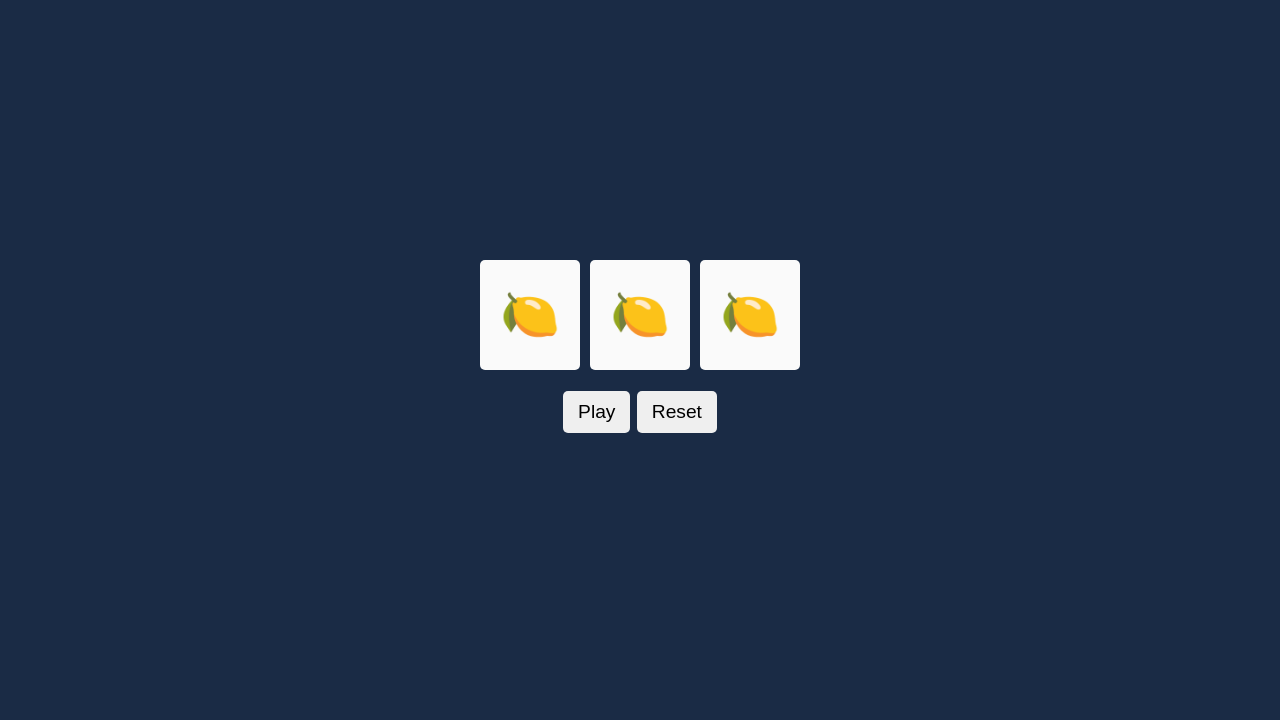
Repository: HERBOD7/slotmachine
Page: /
These files come from the project's save history. The page is drawn as it stood at one moment and after the next save; the edit follows.
The browser window is 1280 px wide. The pictures show the whole page.
The project was rebuilt for these pictures with package versions that can differ from the ones it lists, and the page was loaded fresh each time. Also part of the build but not shown: vue.config.js.

Above is the page before, as saved 2023-07-21 17:44:45.

After the next save:
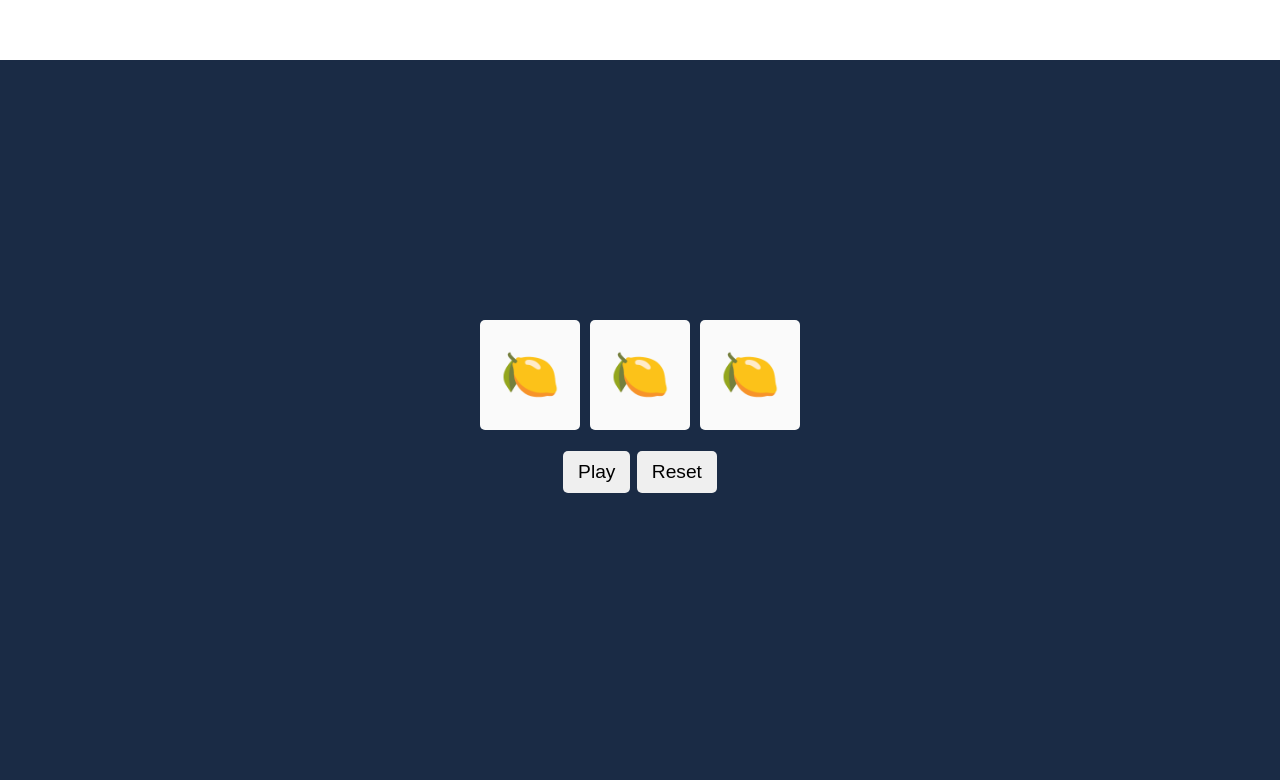
Saved 24 s later.
--- a/src/App.vue
+++ b/src/App.vue
@@ -42,57 +42,56 @@
     this.init();
   },
   methods: {
-    init(groups = 1, duration = 1) {
+    init(firstInit = true, groups = 1, duration = 1) {
       const doors = document.querySelectorAll(".door");
       for (const door of doors) {
         const boxes = door.querySelector(".boxes");
         const boxesClone = boxes.cloneNode(false);
-        // const pool = ["❓"];
-        const pool = [];
-
-        // if (!firstInit) {
-        const arr = [];
-        for (let n = 0; n < (groups > 0 ? groups : 1); n++) {
-          arr.push(...this.symbols);
+        const pool = ["❓"];
+
+        if (!firstInit) {
+          const arr = [];
+          for (let n = 0; n < (groups > 0 ? groups : 1); n++) {
+            arr.push(...this.symbols);
+          }
+          pool.push(...this.shuffle(arr));
+
+          // boxesClone.addEventListener(
+          //   "transitionstart",
+          //   function () {
+          //     door.dataset.spinned = "1";
+          //     this.querySelectorAll(".box").forEach((box) => {
+          //       box.style.filter = "blur(1px)";
+          //     });
+          //   },
+          //   { once: true }
+          // );
+
+          // boxesClone.addEventListener(
+          //   "transitionend",
+          //   function () {
+          //     this.querySelectorAll(".box").forEach((box) => {
+          //       box.style.filter = "blur(0)";
+          //       // if (index > 0) this.removeChild(box);
+          //     });
+          //   },
+          //   { once: true }
+          // );
         }
-        pool.push(...this.shuffle(arr));
-
-        boxesClone.addEventListener(
-          "transitionstart",
-          function () {
-            door.dataset.spinned = "1";
-            this.querySelectorAll(".box").forEach((box) => {
-              box.style.filter = "blur(1px)";
-            });
-          },
-          { once: true }
-        );
-
-        boxesClone.addEventListener(
-          "transitionend",
-          function () {
-            this.querySelectorAll(".box").forEach((box) => {
-              box.style.filter = "blur(0)";
-              // if (index > 0) this.removeChild(box);
-            });
-          },
-          { once: true }
-        );
-        // }
-
-        // for (let i = pool.length - 1; i >= 0; i--) {
-        //   const box = document.createElement("div");
-        //   box.classList.add("box");
-        //   box.style.width = door.clientWidth + "px";
-        //   box.style.height = door.clientHeight + "px";
-        //   box.textContent = pool[i];
-        //   boxesClone.appendChild(box);
-        // }
+
+        for (let i = pool.length - 1; i >= 0; i--) {
+          const box = document.createElement("div");
+          box.classList.add("box");
+          box.style.width = door.clientWidth + "px";
+          box.style.height = door.clientHeight + "px";
+          box.textContent = pool[i];
+          boxesClone.appendChild(box);
+        }
         boxesClone.style.transitionDuration = `${duration > 0 ? duration : 1}s`;
         boxesClone.style.transform = `translateY(-${
           door.clientHeight * (pool.length - 1)
         }px)`;
-        // door.replaceChild(boxesClone, boxes);
+        door.replaceChild(boxesClone, boxes);
       }
     },
     enterTransition() {
@@ -126,6 +125,15 @@
 </script>
 
 <style>
+#app {
+  font-family: Avenir, Helvetica, Arial, sans-serif;
+  -webkit-font-smoothing: antialiased;
+  -moz-osx-font-smoothing: grayscale;
+  text-align: center;
+  color: #2c3e50;
+  margin-top: 60px;
+}
+
 body {
   width: 100vw;
   height: 100vh;

After the save that followed:
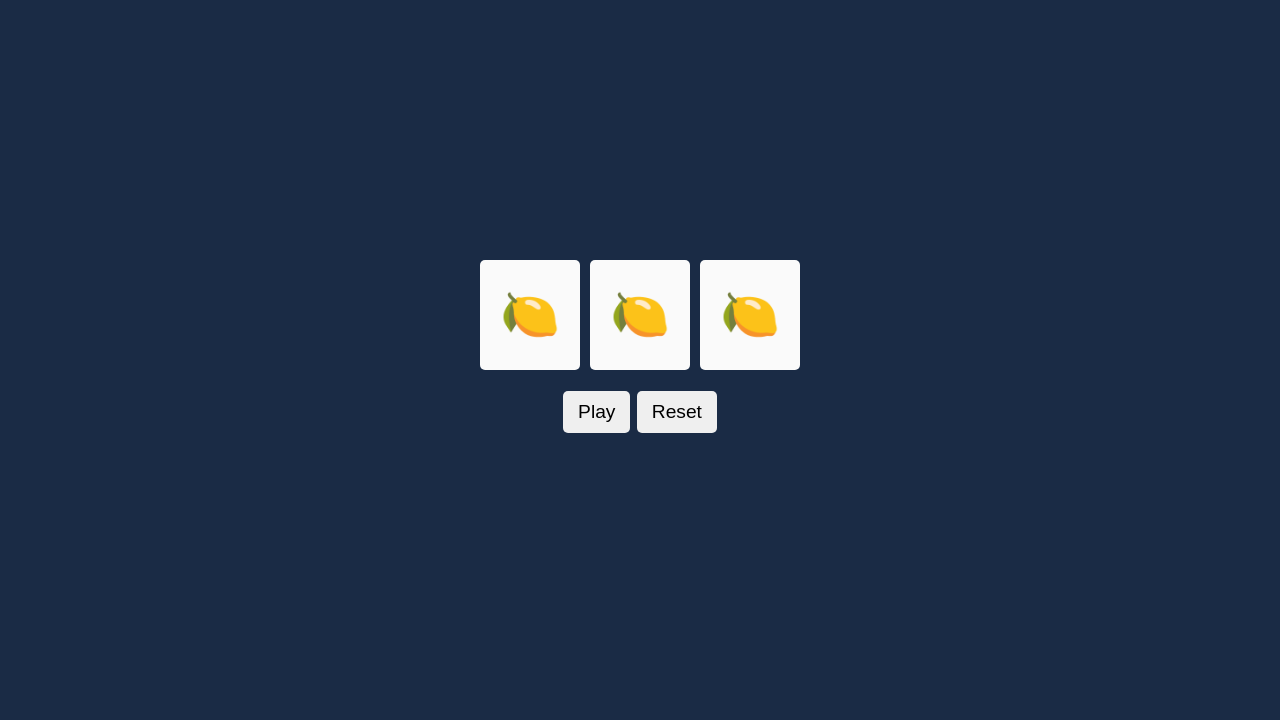
Saved 22 s later.
--- a/src/App.vue
+++ b/src/App.vue
@@ -42,56 +42,57 @@
     this.init();
   },
   methods: {
-    init(firstInit = true, groups = 1, duration = 1) {
+    init(groups = 1, duration = 1) {
       const doors = document.querySelectorAll(".door");
       for (const door of doors) {
         const boxes = door.querySelector(".boxes");
         const boxesClone = boxes.cloneNode(false);
-        const pool = ["❓"];
+        // const pool = ["❓"];
+        const pool = [];
 
-        if (!firstInit) {
-          const arr = [];
-          for (let n = 0; n < (groups > 0 ? groups : 1); n++) {
-            arr.push(...this.symbols);
-          }
-          pool.push(...this.shuffle(arr));
+        // if (!firstInit) {
+        const arr = [];
+        for (let n = 0; n < (groups > 0 ? groups : 1); n++) {
+          arr.push(...this.symbols);
+        }
+        pool.push(...this.shuffle(arr));
 
-          // boxesClone.addEventListener(
-          //   "transitionstart",
-          //   function () {
-          //     door.dataset.spinned = "1";
-          //     this.querySelectorAll(".box").forEach((box) => {
-          //       box.style.filter = "blur(1px)";
-          //     });
-          //   },
-          //   { once: true }
-          // );
+        boxesClone.addEventListener(
+          "transitionstart",
+          function () {
+            door.dataset.spinned = "1";
+            this.querySelectorAll(".box").forEach((box) => {
+              box.style.filter = "blur(1px)";
+            });
+          },
+          { once: true }
+        );
 
-          // boxesClone.addEventListener(
-          //   "transitionend",
-          //   function () {
-          //     this.querySelectorAll(".box").forEach((box) => {
-          //       box.style.filter = "blur(0)";
-          //       // if (index > 0) this.removeChild(box);
-          //     });
-          //   },
-          //   { once: true }
-          // );
-        }
+        boxesClone.addEventListener(
+          "transitionend",
+          function () {
+            this.querySelectorAll(".box").forEach((box) => {
+              box.style.filter = "blur(0)";
+              // if (index > 0) this.removeChild(box);
+            });
+          },
+          { once: true }
+        );
+        // }
 
-        for (let i = pool.length - 1; i >= 0; i--) {
-          const box = document.createElement("div");
-          box.classList.add("box");
-          box.style.width = door.clientWidth + "px";
-          box.style.height = door.clientHeight + "px";
-          box.textContent = pool[i];
-          boxesClone.appendChild(box);
-        }
+        // for (let i = pool.length - 1; i >= 0; i--) {
+        //   const box = document.createElement("div");
+        //   box.classList.add("box");
+        //   box.style.width = door.clientWidth + "px";
+        //   box.style.height = door.clientHeight + "px";
+        //   box.textContent = pool[i];
+        //   boxesClone.appendChild(box);
+        // }
         boxesClone.style.transitionDuration = `${duration > 0 ? duration : 1}s`;
         boxesClone.style.transform = `translateY(-${
           door.clientHeight * (pool.length - 1)
         }px)`;
-        door.replaceChild(boxesClone, boxes);
+        // door.replaceChild(boxesClone, boxes);
       }
     },
     enterTransition() {
@@ -125,15 +126,6 @@
 </script>
 
 <style>
-#app {
-  font-family: Avenir, Helvetica, Arial, sans-serif;
-  -webkit-font-smoothing: antialiased;
-  -moz-osx-font-smoothing: grayscale;
-  text-align: center;
-  color: #2c3e50;
-  margin-top: 60px;
-}
-
 body {
   width: 100vw;
   height: 100vh;
